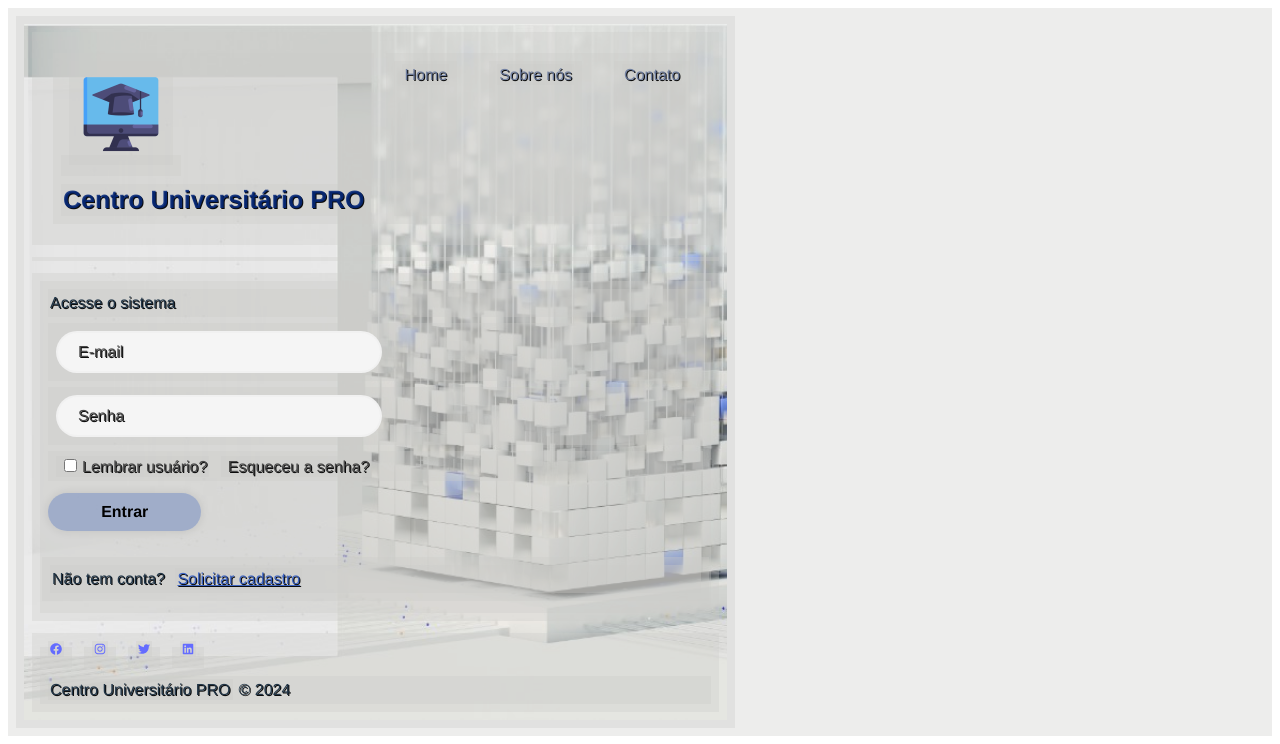
Repository: DanuziaRA/Cadastros-de-Usuarios
Page: /
An editor plug-in stored every save of this project. The page is shown before and after the next save, followed by the edit.
The browser window is 1280 px wide. The pictures show the whole page.
The project was rebuilt for these pictures with package versions that can differ from the ones it lists, and the page was loaded fresh each time. Also part of the build but not shown: vite.config.js, src/components/Footer.css, src/router/Contact.jsx, src/router/ErrorPage.jsx, src/router/ContactDetails.jsx, src/router/Company.jsx, src/router/Forget.jsx.

Above is the page before, as saved 2024-10-01 12:23:40.

After the next save:
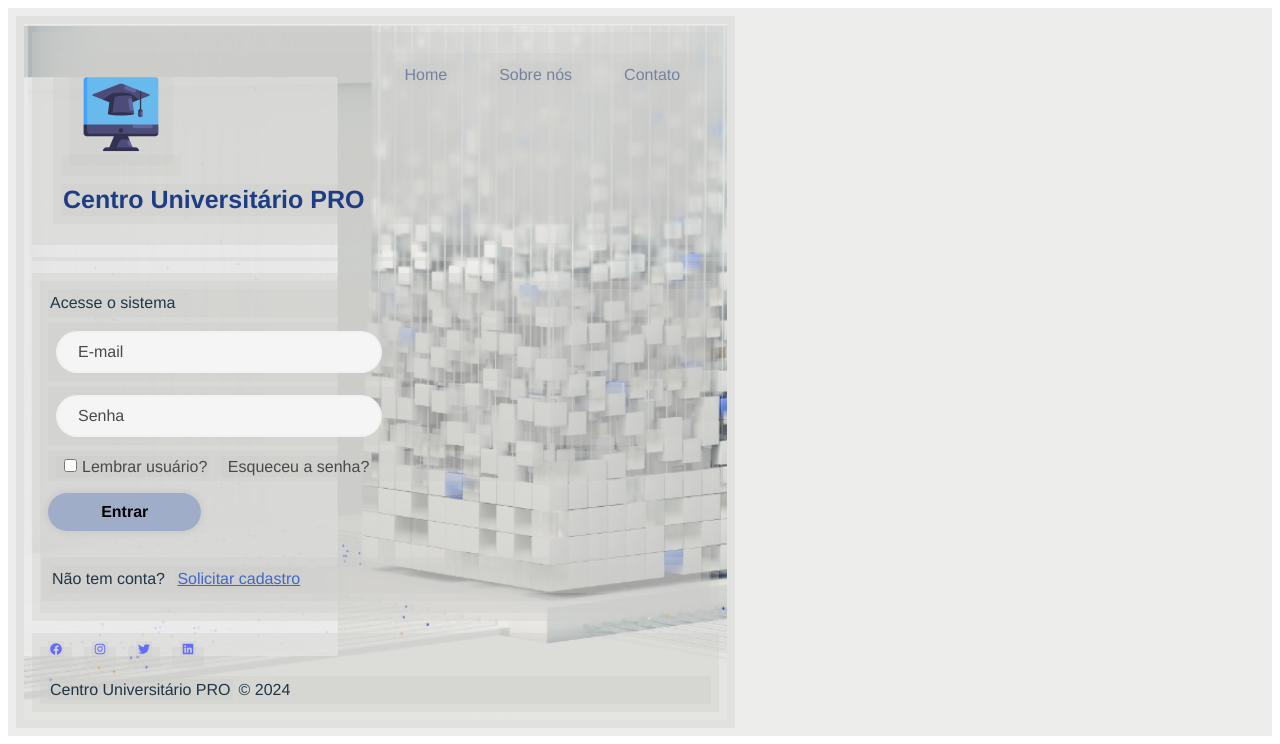
Saved 19 s later.
--- a/src/App.css
+++ b/src/App.css
@@ -4,7 +4,7 @@
   padding: 2px;
   font-family: Helvetica;
   font-size: 16px;
-  text-shadow: #0c0c0c 1px 1px;
+  text-shadow: #0c0c0c;
   background-color:rgba(202, 201, 200, 0.342);
 }
 .App{

After the save that followed:
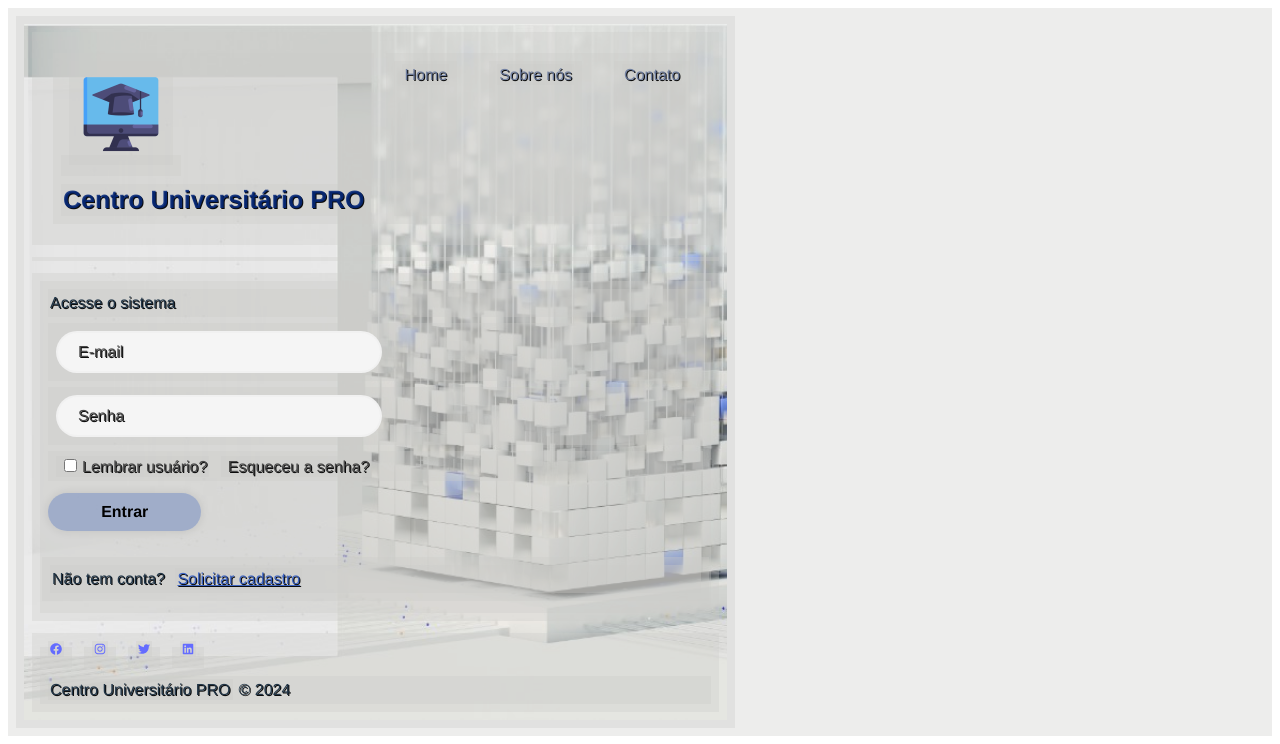
Saved 9 s later.
--- a/src/App.css
+++ b/src/App.css
@@ -4,7 +4,7 @@
   padding: 2px;
   font-family: Helvetica;
   font-size: 16px;
-  text-shadow: #0c0c0c;
+  text-shadow: #0c0c0c 1px 1px;
   background-color:rgba(202, 201, 200, 0.342);
 }
 .App{
